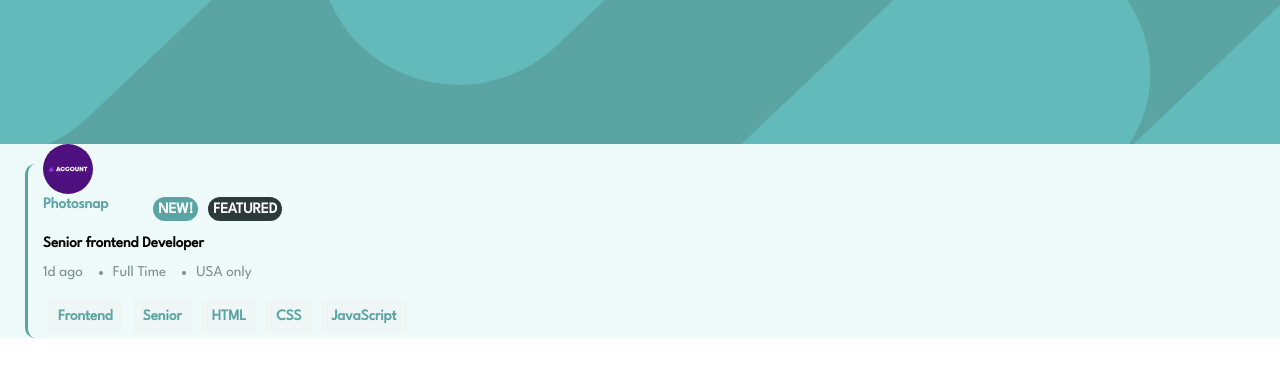
Repository: DevLaukey/job-listing
Page: /
The author's editor kept a copy of each file at every save. The page is drawn from the files as they stood at one save, then again after the next save.
The browser window is 1280 px wide. The pictures show the whole page.
Some web fonts or font styles are not loaded; a fallback is used. The project was rebuilt for these pictures with package versions that can differ from the ones it lists, and the page was loaded fresh each time.

Above is the page before, as saved 2022-06-02 16:59:50.

After the next save:
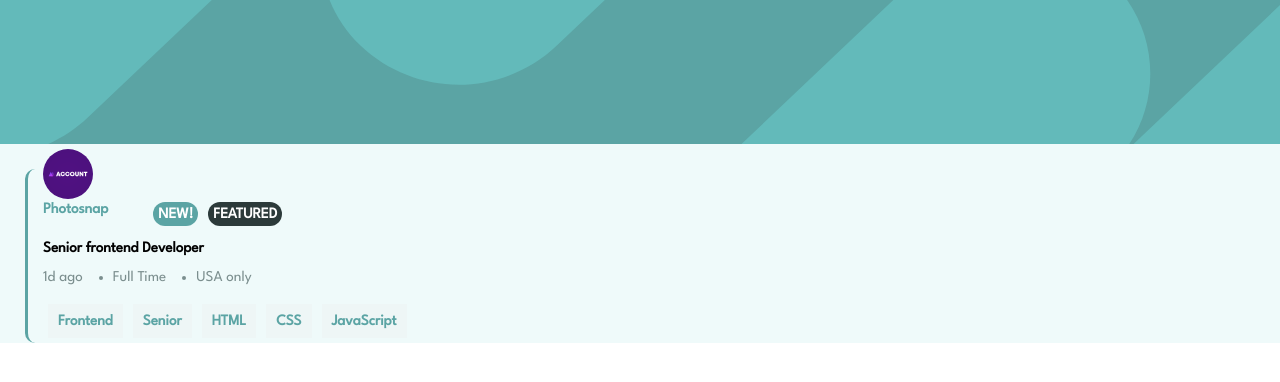
Saved 22 s later.
--- a/src/components/styles.css
+++ b/src/components/styles.css
@@ -7,7 +7,7 @@ background-color: hsl(180, 29%, 50%)
 .tablet{
     border-left: 3px solid  hsl(180, 29%, 50%);
     border-radius: 10px;
-    margin: 20px 25px 20px 25px;
+    margin: 25px 25px 20px 25px;
 }
 .tablet_content{
  margin-left: 15px;
